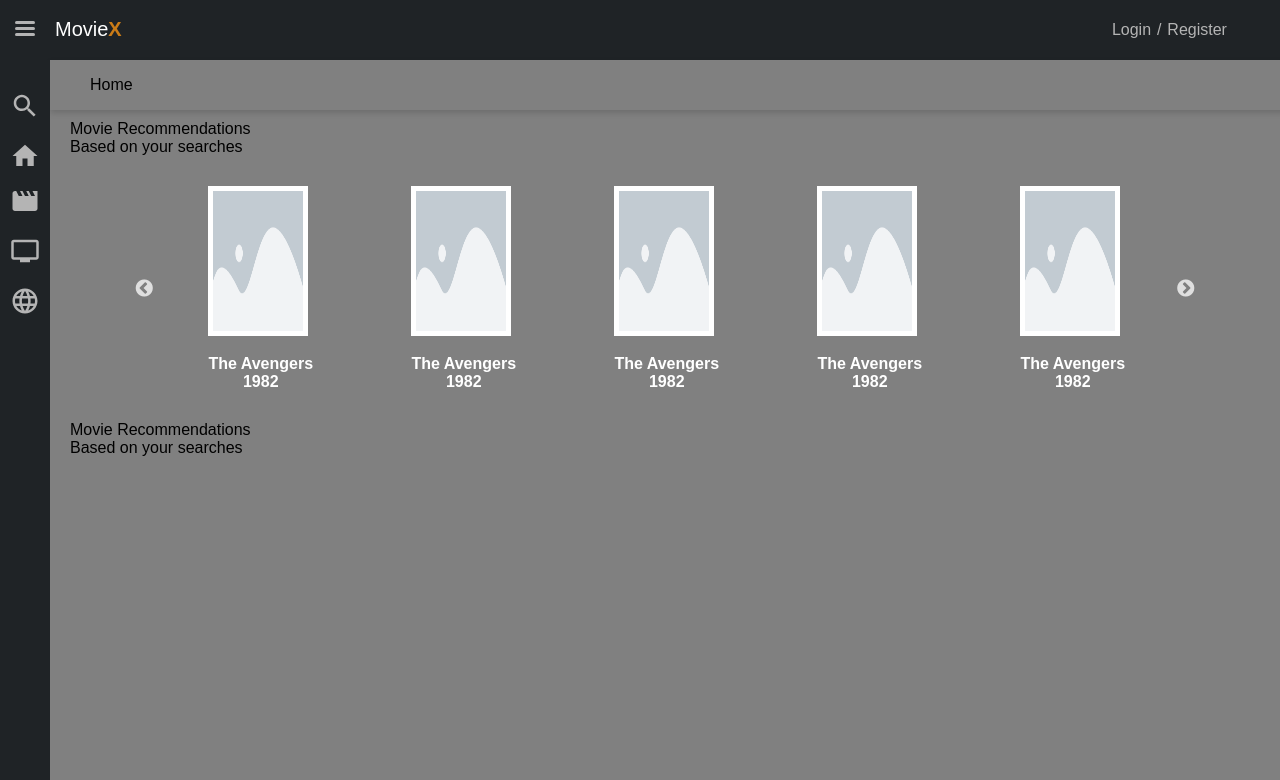
Repository: Amad-Mlinka/MovieTVBrowserNext
Page: /
The author's editor kept a copy of each file at every save. The page is drawn from the files as they stood at one save, then again after the next save.
The browser window is 1280 px wide. The pictures show the whole page.
The project was rebuilt for these pictures with package versions that can differ from the ones it lists, and the page was loaded fresh each time. The framework's server and built-in components were replaced by stand-ins that run in the browser. Also part of the build but not shown: next.config.js.

Above is the page before, as saved 2021-08-07 20:38:30.

### pages/_app.js
import Layout from '../components/layout/Layout'
import '../styles/globals.scss'


function MyApp({ Component, pageProps }) {
  return (
    <Layout>
      <Component {...pageProps} />
    </Layout>


  )
}

export default MyApp

### components/layout/Layout.tsx
import React, { useState } from 'react'
import Nav from '../nav/Nav'
import layoutStyles from "../../styles/Layout.module.scss"

const Layout = ({children}) => {
    const [sidebarOpen, setsidebarOpen] = useState(false)
    const [sidebarLock, setSidebarLock] = useState(false);
    const sidebarToggle = () => {
        setsidebarOpen(!sidebarOpen);
    }
    const sidebarLockToggle = () => {
        setSidebarLock(!sidebarLock);
    }
    return (
        <>
        <Nav sidebarOpen={sidebarOpen} setSidebarOpen={sidebarToggle} sidebarLock={sidebarLock} setSidebarLock={sidebarLockToggle}/>
        <main className={`${layoutStyles.main} ${sidebarOpen ? layoutStyles.hamburgerOpen : layoutStyles.hamburgerClose}`}>
            {children}
        </main>
        </>

    )
}

export default Layout

### styles/globals.scss
html, body {
  height: 100%;
}
body {
  background: #fff;
  padding: 0;
  margin: 0;
  font-family: 'Varela Round', sans-serif;
}

a {
  color: inherit;
  text-decoration: none;
}

* {
  box-sizing: border-box;
}

### styles/Home.module.scss
@import "general.scss";

.header {
  position: relative;
  display: flex;
  flex-direction: row;
  justify-content: flex-start;
}
.heading {
  position: fixed;
  width: 100%;
  align-items: center;
  box-shadow: 0 3px 6px 0 rgb(0 0 0 / 15%);
  color: black;
  display: flex;
  flex-shrink: 0;
  font-size: 16px;
  height: 50px;
  justify-content: space-between;
  padding-left: 40px;
  padding-right: 25px;
  z-index: 1;
}
.buffer {
  height: 50px;
  width: 100%;
  margin-bottom: 10px;
}
.content {
  width: 100%;
  margin: auto;
  padding: 0px 20px 0px 20px ;

}
.mediaList {
  margin: 30px auto;
  width: 85%;
}
.media{
  margin:auto;
  background: #8C8;
  counter-increment: gallery-cell;
  &:before {
    display: block;
    text-align: center;
    content: counter(gallery-cell);
    line-height: 200px;
    font-size: 80px;
    color: white;
  }
}

### components/mediaList/MediaList.tsx
import Head from 'next/head'

import homeStyles from '../../styles/Home.module.scss'
import Media from "./Media"

import "slick-carousel/slick/slick.css";
import "slick-carousel/slick/slick-theme.css";

import Slider from "react-slick";
import $ from "jquery"



const MediaList = () => {
    var settings = {
        dots: false,
        infinite: true,
        speed: 500,
        slidesToShow: 5,
        slidesToScroll: 1,
        appendArrows:$(".recommendationHeader"),
        responsive: [
            {
              breakpoint: 1024,
              settings: {
                slidesToShow: 3,
                slidesToScroll: 3,
                infinite: true,
                dots: true
              }
            },
            {
              breakpoint: 600,
              settings: {
                slidesToShow: 2,
                slidesToScroll: 2
              }
            },
            {
              breakpoint: 480,
              settings: {
                slidesToShow: 1,
                slidesToScroll: 1
              }
            }
            // You can unslick at a given breakpoint now by adding:
            // settings: "unslick"
            // instead of a settings object
          ]
      };
    return (
        <div className={homeStyles.mediaList}>
            <Slider {...settings}>
              <Media className={homeStyles.mediaItem} rating={3} title={"The Avengers"} year={"1982"} />
              <Media className={homeStyles.mediaItem} rating={3} title={"The Avengers"} year={"1982"} />
              <Media className={homeStyles.mediaItem} rating={3} title={"The Avengers"} year={"1982"} />
              <Media className={homeStyles.mediaItem} rating={3} title={"The Avengers"} year={"1982"} />
              <Media className={homeStyles.mediaItem} rating={3} title={"The Avengers"} year={"1982"} />
              <Media className={homeStyles.mediaItem} rating={3} title={"The Avengers"} year={"1982"} />
              <Media className={homeStyles.mediaItem} rating={3} title={"The Avengers"} year={"1982"} />
              <Media className={homeStyles.mediaItem} rating={3} title={"The Avengers"} year={"1982"} />
              <Media className={homeStyles.mediaItem} rating={3} title={"The Avengers"} year={"1982"} />
              <Media className={homeStyles.mediaItem} rating={3} title={"The Avengers"} year={"1982"} />
              <Media className={homeStyles.mediaItem} rating={3} title={"The Avengers"} year={"1982"} />
              <Media className={homeStyles.mediaItem} rating={3} title={"The Avengers"} year={"1982"} />
              <Media className={homeStyles.mediaItem} rating={3} title={"The Avengers"} year={"1982"} />
              <Media className={homeStyles.mediaItem} rating={3} title={"The Avengers"} year={"1982"} />
            </Slider>

          </div>
    )
}

export default MediaList

### components/nav/Nav.tsx
import React from 'react'
import Sidebar from '../sidebar/Sidebar'
import Navbar from '../navbar/Navbar';


const Nav = (props) => {

    return (
        <>
            <Navbar  sidebarOpen={props.sidebarOpen} setSidebarOpen={props.setSidebarOpen} sidebarLock={props.sidebarLock} setSidebarLock={props.setSidebarLock}/>
            <Sidebar sidebarOpen={props.sidebarOpen} setSidebarOpen={props.setSidebarOpen} sidebarLock={props.sidebarLock}/>
        </>
    )
}

export default Nav

### styles/Layout.module.scss
@import "general.scss";

.main{
    position: absolute;
    top: 60px;
    transition: all .5s ease;
    width: 100%;
    height: 100%;
    background: gray;
    overflow: auto;

}

.hamburgerClose{
    padding-left: 50px;
    transition: all .5s ease;
}

.hamburgerOpen{
    padding-left: 250px;
}

### styles/general.scss
@import "variables.scss";
.dNone{
    display: none !important;
}
.dBlock{
    display: block !important;
}

### styles/variables.scss
$base-color:#1f2326;
$secondary-color:#cb7c17;
$tertiary-color:#b4b4b4;

@mixin breakpoint($point) {
    @if $point == min-desktop {
      @media (min-width: 993px) { @content ; }
   }
    @else if $point == min-laptop {
      @media (min-width: 769px) { @content ; }
   }
     @else if $point == min-tablet {
      @media (min-width: 361px) { @content ; }
   }
   @else if $point == min-mobile {
      @media (min-width: 0px)  { @content ; }

   }@else if $point == max-desktop {
      @media (max-width: 1200px) { @content ; }

   }@else if $point == max-laptop {
      @media (max-width: 992px) { @content ; }
   }
     @else if $point == max-tablet {
      @media (max-width: 768px) { @content ; }
   }
   @else if $point == max-mobile {
      @media (max-width: 360px)  { @content ; }

   }
 }

### components/mediaList/Media.tsx
import React from 'react'

import mediaStyles from "../../styles/Media.module.scss"
import placeholder from "../../public/placeholder.png"
import { Button, Rating } from '@material-ui/core'
import Image from 'next/image'

const Media = (props) => {
    return (
        <>
            <div className={mediaStyles.media}>
              <div className={mediaStyles.mediaContainer}>
                <div className={mediaStyles.mediaImageContainer}>
                  <Image className={mediaStyles.mediaImage} src={props.image || placeholder} height="150" width="100" />
                </div>
                <div className={mediaStyles.mediaOverlay}>
                  <div className={mediaStyles.mediaRating}>
                    <Rating value={props.rating}></Rating>
                    <span className={`${mediaStyles.mediaRatingText} ${mediaStyles.mediaOverlayItem}`}> {props.rating}/5</span>
                  </div>
                  <div className={`${mediaStyles.mediaGenre} ${mediaStyles.mediaOverlayItem}`}>
                    <span className={`${mediaStyles.mediaGenreText}`}> Drama</span>
                  </div>
                  <div className={`${mediaStyles.mediaDetails} ${mediaStyles.mediaOverlayItem}`}>
                    <Button variant="contained" color="success">
                      Details
                    </Button>
                  </div>
                </div>
              </div>
              <div className={mediaStyles.mediaInfo}>
                <div className={mediaStyles.mediaTitle}>
                  <span className={mediaStyles.mediaTitleText}> {props.title}</span>
                </div>
                <div className={mediaStyles.mediaYear}>
                  <span className={mediaStyles.mediaYearText}> {props.year}</span>
                </div>
              </div>
            </div>
        </>
    )
}

export default Media

### components/sidebar/Sidebar.tsx
/*Imports */
import React, { useState } from 'react'

/*Material components*/
import SidebarLink from "./SidebarLink"


/*Icons*/
import HomeIcon from '@material-ui/icons/Home';
import SearchIcon from '@material-ui/icons/Search';
import MovieIcon from '@material-ui/icons/Movie';
import TvIcon from '@material-ui/icons/Tv';
import LanguageIcon from '@material-ui/icons/Language';
import KeyboardArrowDownIcon from '@material-ui/icons/KeyboardArrowDown';

/*Import Plugins*/
import $ from "jquery"


/*Styles*/
import sidebarStyles from "../../styles/Sidebar.module.scss"


const Sidebar = (props) => {
    const tvDropdown = {
        History: "link",
        Recomendations: "link",
        Bla: "bla"
    }
    const movieDropdown = {
        History: "link",
        Recomendations: "link",
        Bla: "bla"

    }
    const languageDropdown = {
        English: "hi",
        Bosnian: "zdravo"
    }
    return (
        <div className={`${sidebarStyles.sidebar} ${props.sidebarOpen ? sidebarStyles.sidebarActive : ""}`}
        onMouseEnter={()=>{
            if(!props.sidebarOpen && props.sidebarLock){
                props.setSidebarOpen(!props.sidebarOpen);
            }
        }}
        onMouseLeave={() => {
            if(props.sidebarOpen && props.sidebarLock){
                props.setSidebarOpen(!props.sidebarOpen);
            }
        }}
        >

            <div className={sidebarStyles.sidebarMenu}>
                <ul className={`${sidebarStyles.sidebarList}`}>
                    <SidebarLink type="search" sidebarOpen={props.sidebarOpen} />

                    <SidebarLink type="singleLink" text="Home" icon={<HomeIcon/>} sidebarOpen={props.sidebarOpen}  />

                    <SidebarLink type="dropdown" text="Movies" icon={<MovieIcon/>} sidebarOpen={props.sidebarOpen} dropdownLinks ={movieDropdown}/>

                    <SidebarLink type="dropdown" text="TV Shows" icon={<TvIcon/>} sidebarOpen={props.sidebarOpen} dropdownLinks ={tvDropdown}/>

                    <SidebarLink type="dropdown" text="Languages" icon={<LanguageIcon/>} sidebarOpen={props.sidebarOpen} dropdownLinks ={languageDropdown}/>

                </ul>
            </div>

        </div>
    )
}

export default Sidebar

### components/navbar/Navbar.tsx
/*Imports */
import React from 'react'

/*Material components*/
import Avatar from '@material-ui/core/Avatar';

/*Icons*/

/*Import Plugins*/


/*Styles*/
import navStyles from "../../styles/Navbar.module.scss"

const Navbar = (props) => {
    return (
        <header className={navStyles.header}>
        <div className={navStyles.left}>
            <div className={navStyles.hamburgerLogo}>
                <div className={navStyles.hamburger} onClick={()=>{
                        props.setSidebarOpen(!props.sidebarOpen);
                        props.setSidebarLock(!props.sidebarLock);

                    }}>
                    <div className={`${navStyles.spinner} ${navStyles.diagonal} ${props.sidebarOpen ? navStyles.part1Active : ""}`}></div>
                    <div className={`${navStyles.spinner} ${navStyles.horizontal} ${props.sidebarOpen ? navStyles.horizontalActive : ""}`}></div>
                    <div className={`${navStyles.spinner} ${navStyles.diagonal} ${props.sidebarOpen ? navStyles.part2Active : ""}`}></div>
                </div>
                <div data-end="X" className={navStyles.logo}>
                    <span>Movie</span>
                </div>
            </div>


        </div>
        <div className={navStyles.right}>
            <div className={navStyles.profile}>
                <div className={`${navStyles.loggedIn} ${navStyles.dNone} `}>

                    <Avatar className={navStyles.avatar} alt="Amad Mlinaric"> AM </Avatar>
                </div>
                <div className={`${navStyles.notLoggedIn} `}>
                    <div className={navStyles.loginRegister}>
                        <div className={navStyles.login}>
                            <span>Login</span>
                        </div>
                        <span>/</span>
                        <div className={navStyles.register}>
                            <span>Register</span>
                        </div>
                    </div>
                </div>
            </div>
        </div>

    </header>
    )
}

export default Navbar

### styles/Media.module.scss
@import "general.scss";

.media {
    width: fit-content;
    height: fit-content;
    margin: auto;

  }

  .mediaContainer {
    position: relative;
    overflow: hidden;
    &:hover {
        cursor: pointer;
      .mediaOverlay {
        animation: fadeInUp .5s ease-in-out;
        animation-fill-mode: forwards;
      }
    }
  }
  .mediaImage{
    border: 5px solid white !important;

  }

  .mediaOverlay {
    position: absolute;
    opacity: 0;
    top: 0px;
    width: 100%;
    height: 100%;
    display: flex;
    flex-direction: column;
    justify-content: center;
    align-items: center;
  }
  .mediaOverlayItem {
    margin: 10px 0px;
  }
  .mediaRating {
    display: flex;
    flex-direction: column;
    justify-content: center;
    align-items: center;
  }
  .mediaImageContainer{
    max-height: 210px;
    margin-bottom: 15px;
  }

  .mediaInfo{
    color: white;
    display: flex;
    flex-direction: column;
    align-items: center;
    font-weight: 700;
  }

  @keyframes fadeInUp {
    from {
        transform: translate3d(0, 40px, 0);
        opacity: 0;
    }

    to {
        transform: translate3d(0, 0, 0);
        opacity: 1;
    }
  }

### components/sidebar/SidebarLink.tsx
/*Imports */
import React, { useEffect, useState } from 'react'

/*Material components*/


/*Icons*/
import HomeIcon from '@material-ui/icons/Home';
import SearchIcon from '@material-ui/icons/Search';
import MovieIcon from '@material-ui/icons/Movie';
import TvIcon from '@material-ui/icons/Tv';
import LanguageIcon from '@material-ui/icons/Language';
import KeyboardArrowDownIcon from '@material-ui/icons/KeyboardArrowDown';

/*Import Plugins*/
import $ from "jquery"


/*Styles*/
import sidebarStyles from "../../styles/Sidebar.module.scss"



const SidebarLink = (props) => {
    const types = ["search", "singleLink", "dropdown"]
    const [open, setOpen] = useState(false);
    useEffect(() => {
        setOpen(false);
    }, [props.sidebarOpen])
    return (
        <>
            {
                props.type === types[0] ?
                    <li className={`${sidebarStyles.sidebarLink} ${sidebarStyles.sidebarSearch} ${props.sidebarOpen ? sidebarStyles.sidebarSearchActive : ""}`}>
                        <div className={` ${sidebarStyles.searchContainer}`} >
                            <SearchIcon className={sidebarStyles.searchIcon} />
                            <input type="search" name="searchBar" className={`${sidebarStyles.searchBar} ${!props.sidebarOpen ? sidebarStyles.searchBarClosed : ""}`} ></input>
                        </div>
                    </li>
                    :
                    props.type === types[1] ?
                        <li className={sidebarStyles.sidebarLink}>
                            <div className={sidebarStyles.sidebarLinkMain}>
                                {props.icon}
                                <span className={`${sidebarStyles.sidebarText}  ${props.sidebarOpen ? sidebarStyles.sidebarTextActive : ""}`}>{props.text}</span>
                            </div>
                        </li>
                        :
                        <li className={sidebarStyles.sidebarLink} onClick={() => {
                            setOpen(!open)
                        }
                        }>
                            <div className={sidebarStyles.sidebarLinkMain}>
                                {props.icon}
                                <span className={`${sidebarStyles.sidebarText}  ${props.sidebarOpen ? sidebarStyles.sidebarTextActive : ""}`}>{props.text}</span>
                                <KeyboardArrowDownIcon />
                            </div>
                            <div className={`${sidebarStyles.sidebarDropdown} ${open ? sidebarStyles.open : ""}`}>
                                <ul className={`${sidebarStyles.sidebarDropdownLinks}  `}>
                                    {
                                        Object.entries(props.dropdownLinks).map(([name, link]) => (
                                            <li className={sidebarStyles.sidebarDropdownLink} key={name}>{name}</li>
                                        ))

                                    }
                                </ul>
                            </div>
                        </li>
            }
        </>


    )
}

export default SidebarLink

Loaded but not shown: pages/index.js (45 lines, source omitted); styles/Navbar.module.scss (187 lines, source omitted); styles/Sidebar.module.scss (159 lines, source omitted)

After the next save:
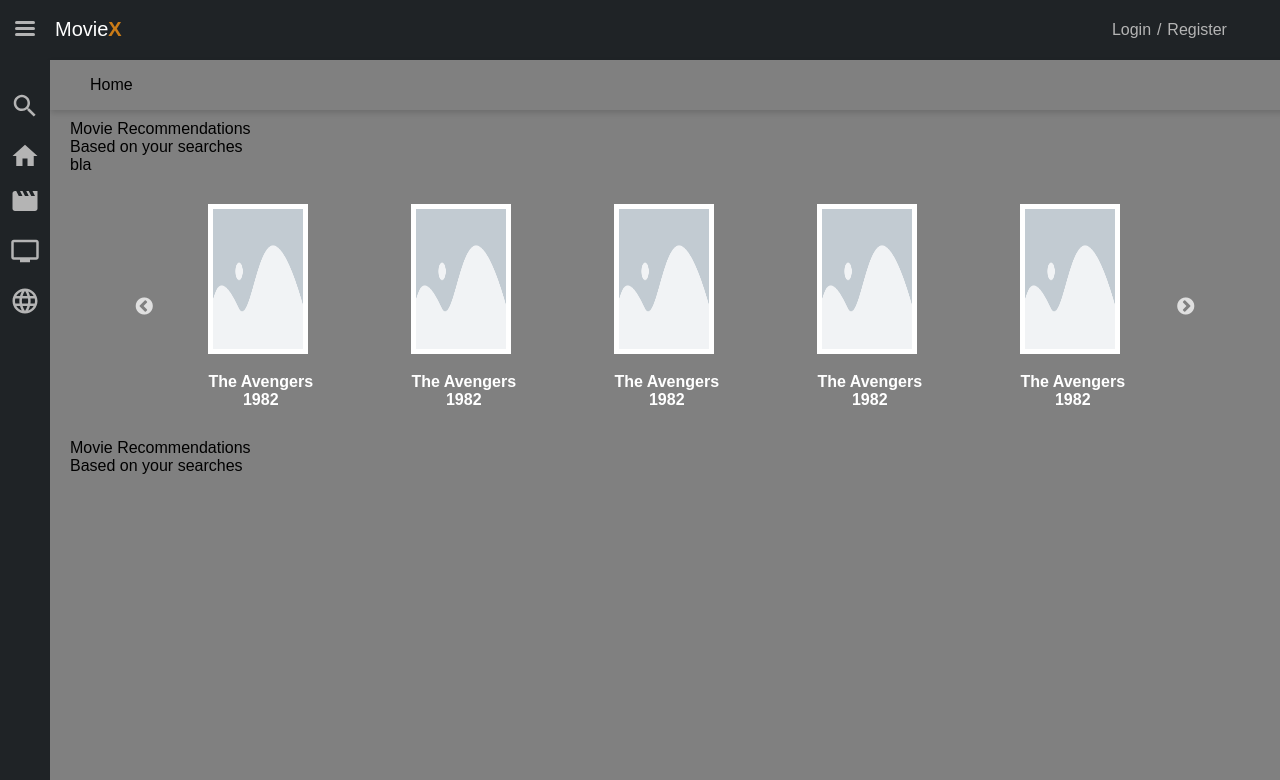
Saved 54 s later.
--- a/components/mediaList/MediaList.tsx
+++ b/components/mediaList/MediaList.tsx
@@ -18,56 +18,60 @@
         speed: 500,
         slidesToShow: 5,
         slidesToScroll: 1,
-        appendArrows:$(".recommendationHeader"),
+        appendArrows: $(".recommendationHeader"),
         responsive: [
             {
-              breakpoint: 1024,
-              settings: {
-                slidesToShow: 3,
-                slidesToScroll: 3,
-                infinite: true,
-                dots: true
-              }
+                breakpoint: 1024,
+                settings: {
+                    slidesToShow: 3,
+                    slidesToScroll: 3,
+                    infinite: true,
+                    dots: true
+                }
             },
             {
-              breakpoint: 600,
-              settings: {
-                slidesToShow: 2,
-                slidesToScroll: 2
-              }
+                breakpoint: 600,
+                settings: {
+                    slidesToShow: 2,
+                    slidesToScroll: 2
+                }
             },
             {
-              breakpoint: 480,
-              settings: {
-                slidesToShow: 1,
-                slidesToScroll: 1
-              }
+                breakpoint: 480,
+                settings: {
+                    slidesToShow: 1,
+                    slidesToScroll: 1
+                }
             }
             // You can unslick at a given breakpoint now by adding:
             // settings: "unslick"
             // instead of a settings object
-          ]
-      };
+        ]
+    };
     return (
-        <div className={homeStyles.mediaList}>
-            <Slider {...settings}>
-              <Media className={homeStyles.mediaItem} rating={3} title={"The Avengers"} year={"1982"} />
-              <Media className={homeStyles.mediaItem} rating={3} title={"The Avengers"} year={"1982"} />
-              <Media className={homeStyles.mediaItem} rating={3} title={"The Avengers"} year={"1982"} />
-              <Media className={homeStyles.mediaItem} rating={3} title={"The Avengers"} year={"1982"} />
-              <Media className={homeStyles.mediaItem} rating={3} title={"The Avengers"} year={"1982"} />
-              <Media className={homeStyles.mediaItem} rating={3} title={"The Avengers"} year={"1982"} />
-              <Media className={homeStyles.mediaItem} rating={3} title={"The Avengers"} year={"1982"} />
-              <Media className={homeStyles.mediaItem} rating={3} title={"The Avengers"} year={"1982"} />
-              <Media className={homeStyles.mediaItem} rating={3} title={"The Avengers"} year={"1982"} />
-              <Media className={homeStyles.mediaItem} rating={3} title={"The Avengers"} year={"1982"} />
-              <Media className={homeStyles.mediaItem} rating={3} title={"The Avengers"} year={"1982"} />
-              <Media className={homeStyles.mediaItem} rating={3} title={"The Avengers"} year={"1982"} />
-              <Media className={homeStyles.mediaItem} rating={3} title={"The Avengers"} year={"1982"} />
-              <Media className={homeStyles.mediaItem} rating={3} title={"The Avengers"} year={"1982"} />
-            </Slider>
+        <>
+            <div className={homeStyles.mediaLists}>bla</div>
+            <div className={homeStyles.mediaList}>
+                <Slider {...settings}>
+                    <Media className={homeStyles.mediaItem} rating={3} title={"The Avengers"} year={"1982"} />
+                    <Media className={homeStyles.mediaItem} rating={3} title={"The Avengers"} year={"1982"} />
+                    <Media className={homeStyles.mediaItem} rating={3} title={"The Avengers"} year={"1982"} />
+                    <Media className={homeStyles.mediaItem} rating={3} title={"The Avengers"} year={"1982"} />
+                    <Media className={homeStyles.mediaItem} rating={3} title={"The Avengers"} year={"1982"} />
+                    <Media className={homeStyles.mediaItem} rating={3} title={"The Avengers"} year={"1982"} />
+                    <Media className={homeStyles.mediaItem} rating={3} title={"The Avengers"} year={"1982"} />
+                    <Media className={homeStyles.mediaItem} rating={3} title={"The Avengers"} year={"1982"} />
+                    <Media className={homeStyles.mediaItem} rating={3} title={"The Avengers"} year={"1982"} />
+                    <Media className={homeStyles.mediaItem} rating={3} title={"The Avengers"} year={"1982"} />
+                    <Media className={homeStyles.mediaItem} rating={3} title={"The Avengers"} year={"1982"} />
+                    <Media className={homeStyles.mediaItem} rating={3} title={"The Avengers"} year={"1982"} />
+                    <Media className={homeStyles.mediaItem} rating={3} title={"The Avengers"} year={"1982"} />
+                    <Media className={homeStyles.mediaItem} rating={3} title={"The Avengers"} year={"1982"} />
+                </Slider>
 
-          </div>
+            </div>
+        </>
+
     )
 }
 
